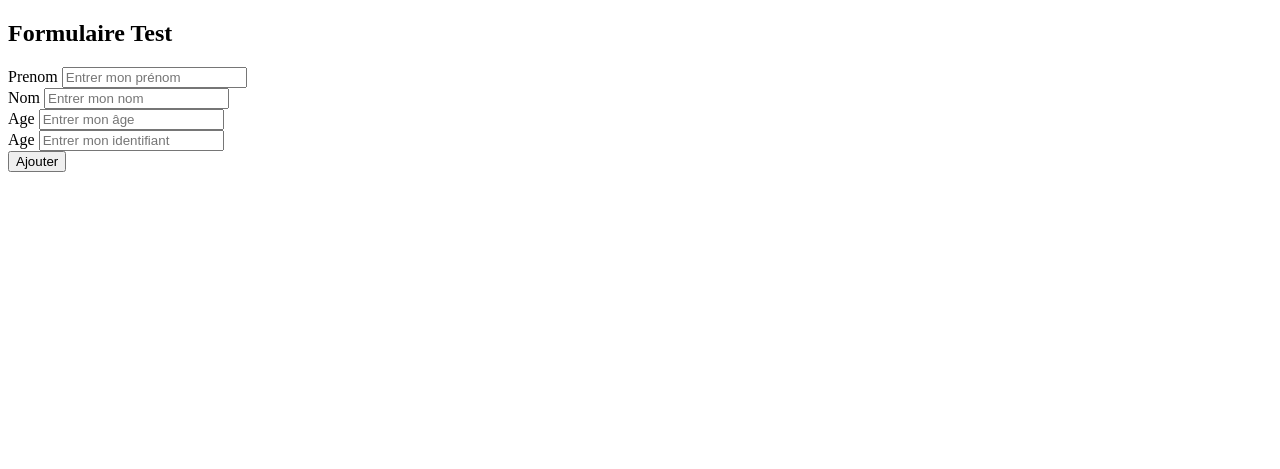
Repository: JohanVairac/montpar-architectureJEE
Page: architectureJEE/WebContent/WEB-INF/personne.html
The author's editor kept a copy of each file at every save. The page is drawn from the files as they stood at one save, then again after the next save.
The browser window is 1280 px wide. The pictures show the whole page.

Above is the page before, as saved 2019-04-11 08:18:31.

### architectureJEE/WebContent/WEB-INF/personne.html
<!DOCTYPE html>
<html>
<head>
<meta charset="UTF-8">
<title>Insert title here</title>
</head>
<body>
	<section class="container">
		<h1>Formulaire Test</h1>
		<div>
			<form action="ServletPersonne">

				<div>
					<div class="form-group row">
						<label for="prenom">Prenom</label> <input id="prenom"
							placeholder="Entrer mon prénom" class="form-control" type="text"
							name="prenom" required />
					</div>

					<div class="form-group row">
						<label for="nom">Nom</label> <input id="nom"
							placeholder="Entrer mon nom" class="form-control" type="text"
							name="nom" required />
					</div>

					<div class="form-group row">
						<label for="age">Age</label> <input id="age"
							placeholder="Entrer mon âge" class="form-control" type="number"
							name="age" required />
					</div>

					<div class="form-group row">
						<label for="id">Age</label> <input id="id"
							placeholder="Entrer mon identifiant" class="form-control"
							type="number" name="id" required />
					</div>
				</div>
				<div>
					<button type="submit">Ajouter</button>
				</div>

			</form>
		</div>
	</section>
</body>
</html>

### architectureJEE/WebContent/css/main.css
.container{
    background-color:rgb white;
    width: 900px;
    margin: 0 auto 0 auto;
}
.part-haut{
    float: left;
    background-color: rgb(255, 115, 0);
    width: 900px;
    text-align: center;
    font-family: fantasy;

}
.part-haut2{
    float: left;
    background-color: rgba(250, 72, 18, 0.911);
    width: 900px;
    text-align: center;
}

.content-left{
    width: 34%;
    float: left;
}
.content-right {
    width: 33%;
    float: right;
}
footer{
    text-align: center;
    background-color: rgb(255, 115, 0);
    color: rgb(247, 248, 155);
    padding: 5px;
}
.clearfix{
    clear: both;
}
.part-center{
    float: left;
    width: 33%;

}
.part-nom{
    text-align: left;
    font-family: Cambria, Cochin, Georgia, Times, 'Times New Roman', serif;
    font-size: 15px;

}
.bar{
    background-color: whitesmoke;
    padding-top: 10px;
    padding-bottom:10px;
    border-bottom: 3px solid rgb(255, 230, 0);

}

.bar nav a {
    padding: 15px;
}
.bar nav a:hover{
    background-color: rgb(255, 60, 0);
    color: white;
    border-radius: 10px 10px 0 0;
}

#s1{
    background-color:yellow;
}

#s2{
    background-color: rgb(255, 251, 0);
}
#s3{
    background-color:rgb(203, 223, 27);
    min-width: 150px;

}

#s4{
    background-color: whitesmoke;
    min-width: 150px
}

#s5{
    background-color:azure;
    min-width: 150px
}

#s6{
    background-color: blanchedalmond;
    min-width: 150px
}
#form-contact div {
    margin-top:25px;

}
#produits thead {
    font-weight: bold;
    background-color: orange;
    color:white;

}

#produits td {
    padding:0 25px;
}
#produits  tbody tr:nth-child(odd){
    background-color: rgba(231, 151, 3, 0.911)
}

/*#produits {
    border-collapse: collapse
} enlever les lignes du tableau */

.container1{
    width: 600px;
    margin: 0 auto 0 auto;

}
.titre{
    font-family: cursive;
    color: blue;
}
.couleur{
	color: red;

}

Loaded but not shown: architectureJEE/WebContent/css/bootstrap.css (library)

After the next save:
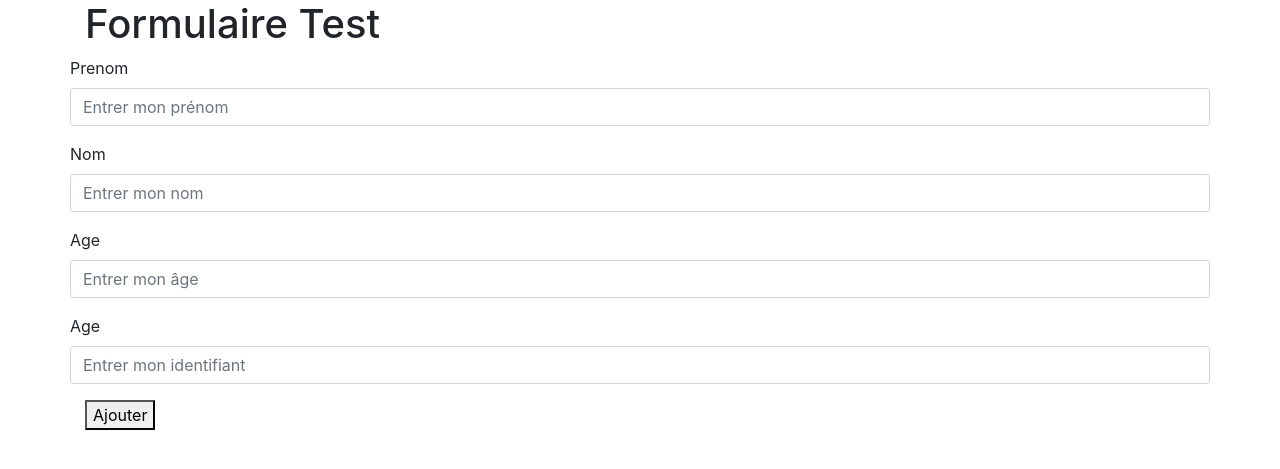
Saved 2 min 12 s later.
--- a/architectureJEE/WebContent/WEB-INF/personne.html
+++ b/architectureJEE/WebContent/WEB-INF/personne.html
@@ -2,7 +2,10 @@
 <html>
 <head>
 <meta charset="UTF-8">
+
 <title>Insert title here</title>
+<link rel="stylesheet" href="./css/main.css">
+<link rel="stylesheet" href="./css/bootstrap.css">
 </head>
 <body>
 	<section class="container">
